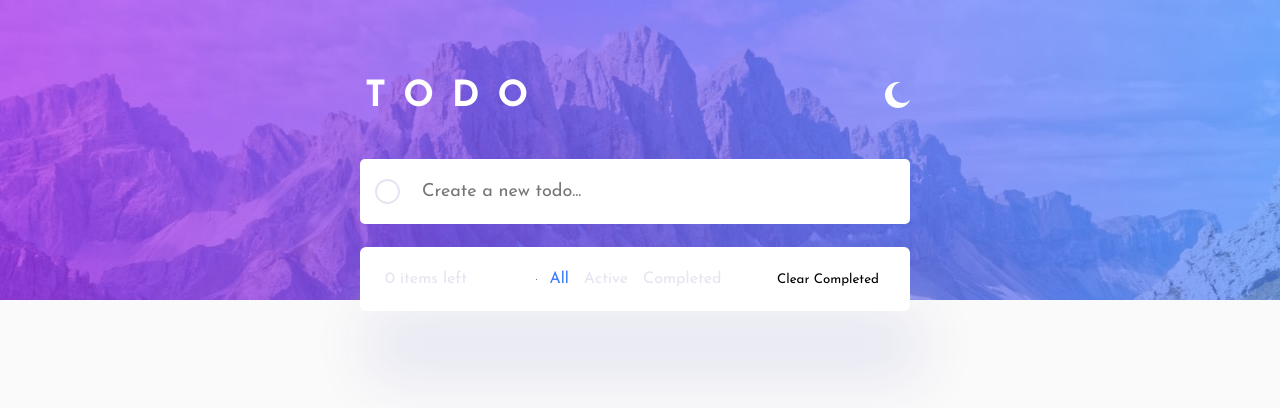
Repository: Haviles04/todoapp
Page: /
These files come from the project's save history. The page is drawn as it stood at one moment and after the next save; the edit follows.
The browser window is 1280 px wide. The pictures show the whole page.
The project was rebuilt for these pictures with package versions that can differ from the ones it lists, and the page was loaded fresh each time.

Above is the page before, as saved 2022-10-24 16:55:39.

After the next save:
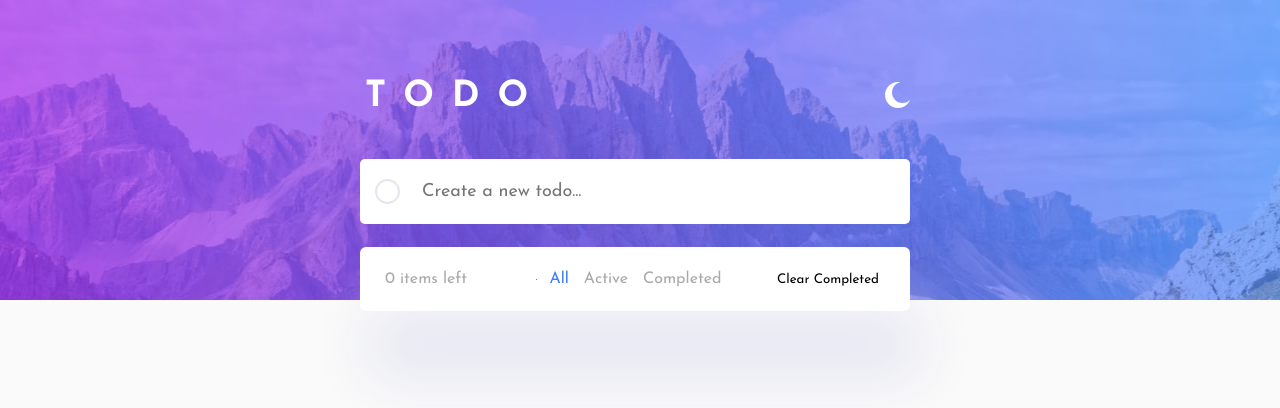
Saved 25 s later.
--- a/src/components/optionsFooter/optionsFooter.css
+++ b/src/components/optionsFooter/optionsFooter.css
@@ -5,7 +5,7 @@
     align-items: center;
     justify-content: space-between;
     font-size: 16px;
-    color: hsl(236, 33%, 92%);
+    color: darkgray;
 }
 
 .todoCount {
